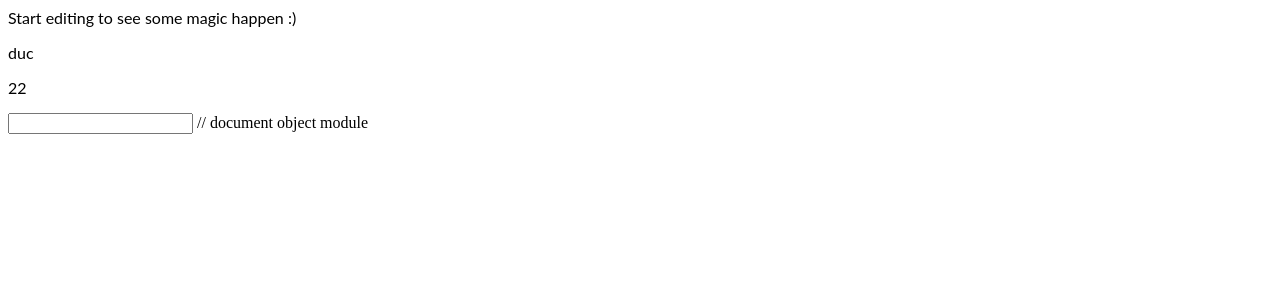
Repository: leduc24/baitap-angular100day
Page: / (app in angular_bai3/)
The author's editor kept a copy of each file at every save. The page is drawn from the files as they stood at one save, then again after the next save.
The browser window is 1280 px wide. The pictures show the whole page.
The project was rebuilt for these pictures with package versions that can differ from the ones it lists, and the page was loaded fresh each time. Also part of the build but not shown: angular_bai3/angular.json, angular_bai3/src/app/hello.component.ts.

Above is the page before, as saved 2022-06-30 10:56:08.

After the next save:
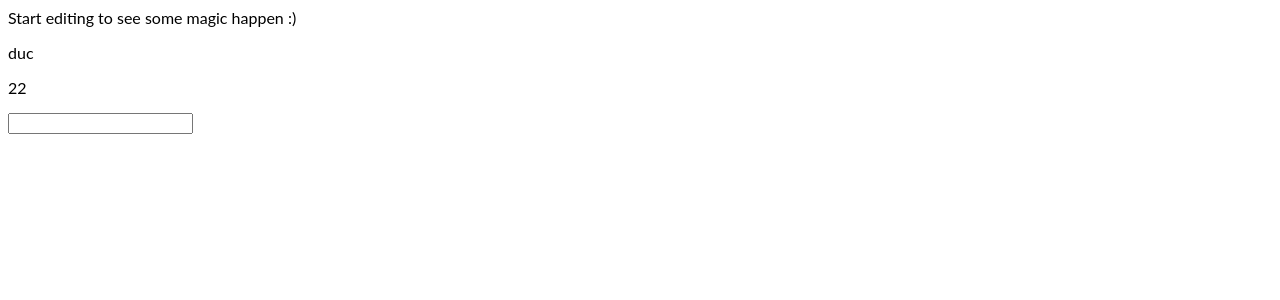
Saved 19 s later.
--- a/angular_bai3/src/app/app.component.html
+++ b/angular_bai3/src/app/app.component.html
@@ -7,4 +7,4 @@
 <p> {{ user.name}}</p>
 <p> {{ user.age}}</p>
 
-<input type=""> // document object module
+<input type="">
